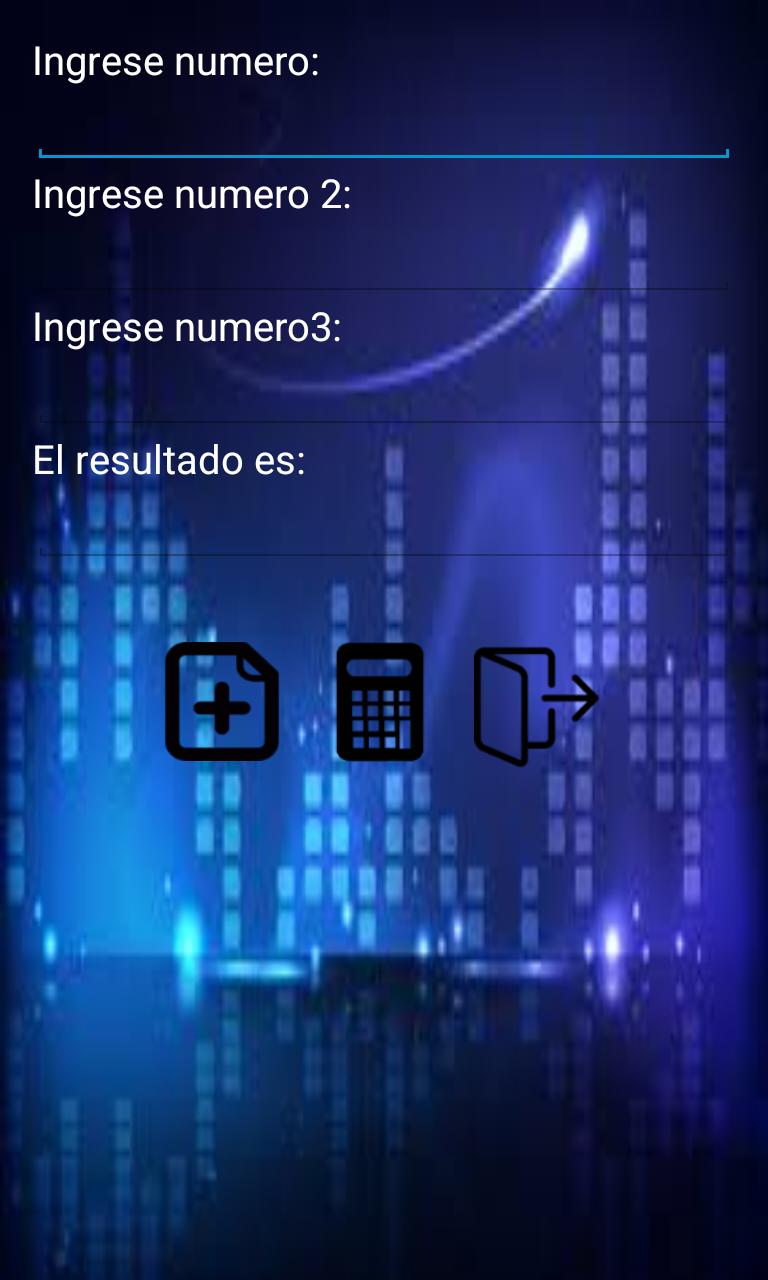
Repository: sherildyasmin06/ServiceAndroid
Layout: AplicacionAndroid/Servicio01/res/layout/activity_sumatoria.xml
These files come from the project's save history. The layout is drawn as it stood at one moment and after the next save; the edit follows.
It is drawn on a 768 x 1280 px phone screen (xhdpi) without system bars, with theme AppTheme; the app's code is not run.

Above is the layout before, as saved 2017-12-06 15:17:02.

### AplicacionAndroid/Servicio01/res/layout/activity_sumatoria.xml
<RelativeLayout xmlns:android="http://schemas.android.com/apk/res/android"
    xmlns:tools="http://schemas.android.com/tools"
    android:layout_width="match_parent"
    android:layout_height="match_parent"
    android:background="@drawable/fondo05"
    android:paddingBottom="@dimen/activity_vertical_margin"
    android:paddingLeft="@dimen/activity_horizontal_margin"
    android:paddingRight="@dimen/activity_horizontal_margin"
    android:paddingTop="@dimen/activity_vertical_margin"
    tools:context=".Sumatoria" >

    <LinearLayout
        android:id="@+id/linearLayout1"
        android:layout_width="match_parent"
        android:layout_height="wrap_content"
        android:layout_alignParentTop="true"
        android:layout_centerHorizontal="true"
        android:orientation="vertical" >

        <TextView
            android:id="@+id/textView1"
            android:layout_width="wrap_content"
            android:layout_height="wrap_content"
            android:text="@string/num1"
            android:textColor="@color/colortextview"
            android:textSize="@dimen/tamanotextview" />

        <EditText
            android:id="@+id/tnum1"
            android:layout_width="match_parent"
            android:layout_height="wrap_content"
            android:ems="10"
            android:inputType="number" >

            <requestFocus />
        </EditText>

        <TextView
            android:id="@+id/textView2"
            android:layout_width="wrap_content"
            android:layout_height="wrap_content"
            android:text="@string/num2"
            android:textColor="@color/colortextview"
            android:textSize="@dimen/tamanotextview" />

        <EditText
            android:id="@+id/tnum2"
            android:layout_width="match_parent"
            android:layout_height="wrap_content"
            android:ems="10"
            android:inputType="number" />

        <TextView
            android:id="@+id/textView3"
            android:layout_width="wrap_content"
            android:layout_height="wrap_content"
            android:text="@string/num3"
            android:textColor="@color/colortextview"
            android:textColorHint="@color/colortextview"
            android:textSize="@dimen/tamanotextview" />

        <EditText
            android:id="@+id/tnum3"
            android:layout_width="match_parent"
            android:layout_height="wrap_content"
            android:ems="10"
            android:inputType="number" />

        <TextView
            android:id="@+id/textView4"
            android:layout_width="wrap_content"
            android:layout_height="wrap_content"
            android:text="@string/nresultado"
            android:textColor="@color/colortextview"
            android:textSize="@dimen/tamanotextview" />

        <EditText
            android:id="@+id/tsumatoria"
            android:layout_width="match_parent"
            android:layout_height="wrap_content"
            android:ems="10"
            android:inputType="numberDecimal" />
    </LinearLayout>

    <LinearLayout
        android:layout_width="wrap_content"
        android:layout_height="wrap_content"
        android:layout_below="@+id/linearLayout1"
        android:layout_centerHorizontal="true"
        android:layout_marginTop="35dp" >

        <Button
            android:id="@+id/button1"
            android:layout_width="wrap_content"
            android:layout_height="wrap_content"
            android:background="@drawable/nuevo" />

        <Button
            android:id="@+id/button2"
            android:layout_width="wrap_content"
            android:layout_height="wrap_content"
            android:layout_marginLeft="15dp"
            android:background="@drawable/calcular" />

        <Button
            android:id="@+id/button3"
            android:layout_width="wrap_content"
            android:layout_height="wrap_content"
            android:layout_marginLeft="15dp"
            android:background="@drawable/salir" />

    </LinearLayout>

</RelativeLayout>

### AplicacionAndroid/Servicio01/res/values/dimens.xml
<resources>

    <!-- Default screen margins, per the Android Design guidelines. -->
    <dimen name="activity_horizontal_margin">16dp</dimen>
    <dimen name="activity_vertical_margin">16dp</dimen>
    <dimen name="tamanobotones">30dp</dimen>
    <drawable name="fondobotones">@drawable/fondo01</drawable>
    <drawable name="fondofactorial">@drawable/fondo02</drawable>
    <color name="colortextview">#FFFFFF</color>
    <dimen name="tamanotextview">20dp</dimen>
    <color name="colorcuadros">#ffff00</color>
    <dimen name="tamanocuadros">20dp</dimen>
    <drawable name="fondoboton01">@drawable/nuevo</drawable>
    <drawable name="fondoboton02">@drawable/calcular</drawable>
    <drawable name="fondoboton03">@drawable/salir</drawable>

</resources>

### AplicacionAndroid/Servicio01/res/values/strings.xml
<?xml version="1.0" encoding="utf-8"?>
<resources>

    <string name="app_name">Principal</string>
    <string name="action_settings">Settings</string>
    <string name="hello_world">Hello world!</string>
    <string name="bfactorial">FACTORIAL</string>
    <string name="bsumatoria">SUMATORIA</string>
    <string name="btriangulo">TRIANGULO</string>
    <string name="bsalir">SALIR</string>
    <string name="title_activity_factorial">Factorial</string>
    <string name="tnumero">INGRESE NUMERO:</string>
    <string name="tfactorial">EL FACTORIAL ES:</string>
    <string name="title_activity_sumatoria">Suma de Numeros</string>
    <string name="num1">Ingrese numero:</string>
    <string name="num2">Ingrese numero 2:</string>
    <string name="num3">Ingrese numero3:</string>
    <string name="nresultado">El resultado es:</string>

</resources>

Loaded but not shown: AplicacionAndroid/Servicio01/res/values/styles.xml (common file); AplicacionAndroid/Servicio01/res/values-v11/styles.xml (common file); AplicacionAndroid/Servicio01/res/values-v14/styles.xml (common file)

After the next save:
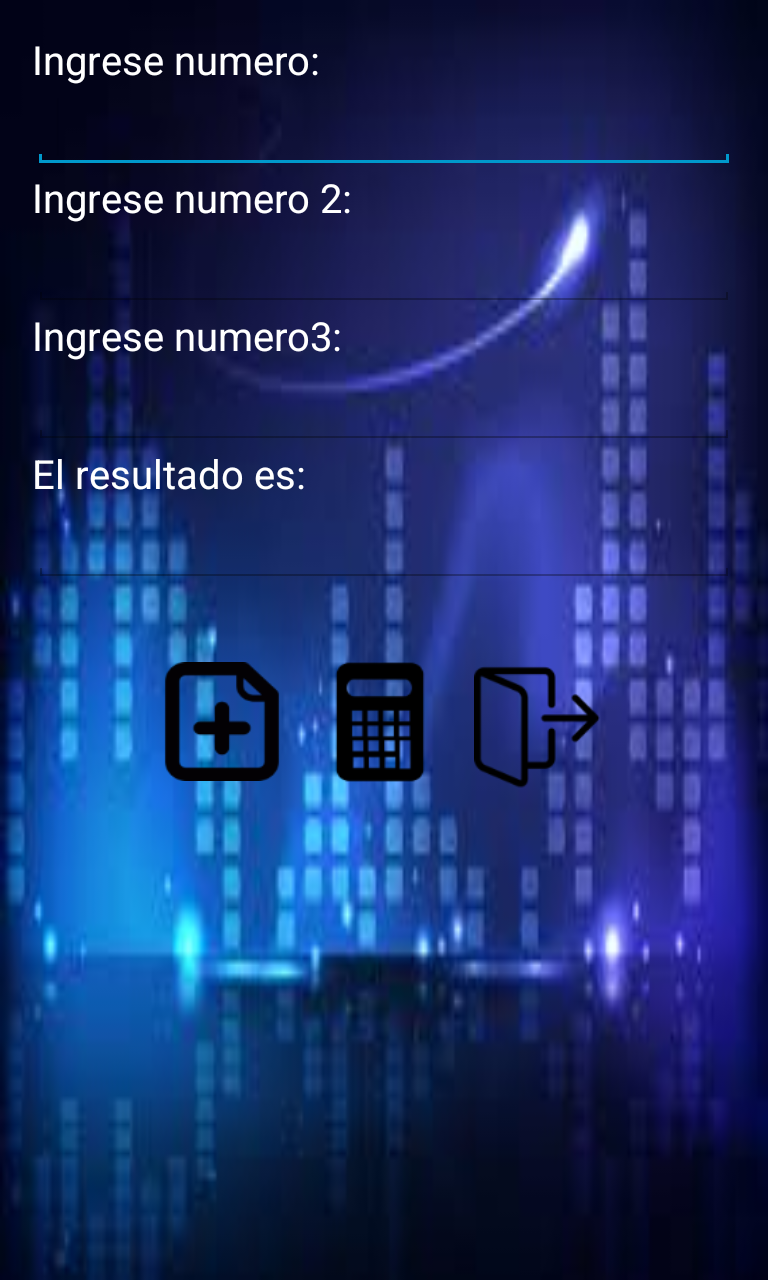
Saved 2 min 0 s later.
--- a/AplicacionAndroid/Servicio01/res/layout/activity_sumatoria.xml
+++ b/AplicacionAndroid/Servicio01/res/layout/activity_sumatoria.xml
@@ -30,7 +30,9 @@
             android:layout_width="match_parent"
             android:layout_height="wrap_content"
             android:ems="10"
-            android:inputType="number" >
+            android:inputType="number"
+            android:textColor="@color/colorcuadros"
+            android:textSize="@dimen/tamanocuadros" >
 
             <requestFocus />
         </EditText>
@@ -48,7 +50,9 @@
             android:layout_width="match_parent"
             android:layout_height="wrap_content"
             android:ems="10"
-            android:inputType="number" />
+            android:inputType="number"
+            android:textColor="@color/colorcuadros"
+            android:textSize="@dimen/tamanocuadros" />
 
         <TextView
             android:id="@+id/textView3"
@@ -64,7 +68,9 @@
             android:layout_width="match_parent"
             android:layout_height="wrap_content"
             android:ems="10"
-            android:inputType="number" />
+            android:inputType="number"
+            android:textColor="@color/colorcuadros"
+            android:textSize="@dimen/tamanocuadros" />
 
         <TextView
             android:id="@+id/textView4"
@@ -79,7 +85,10 @@
             android:layout_width="match_parent"
             android:layout_height="wrap_content"
             android:ems="10"
-            android:inputType="numberDecimal" />
+            android:inputType="numberDecimal"
+            android:textColor="@color/colorcuadros"
+            android:textSize="@dimen/tamanocuadros" />
+
     </LinearLayout>
 
     <LinearLayout
